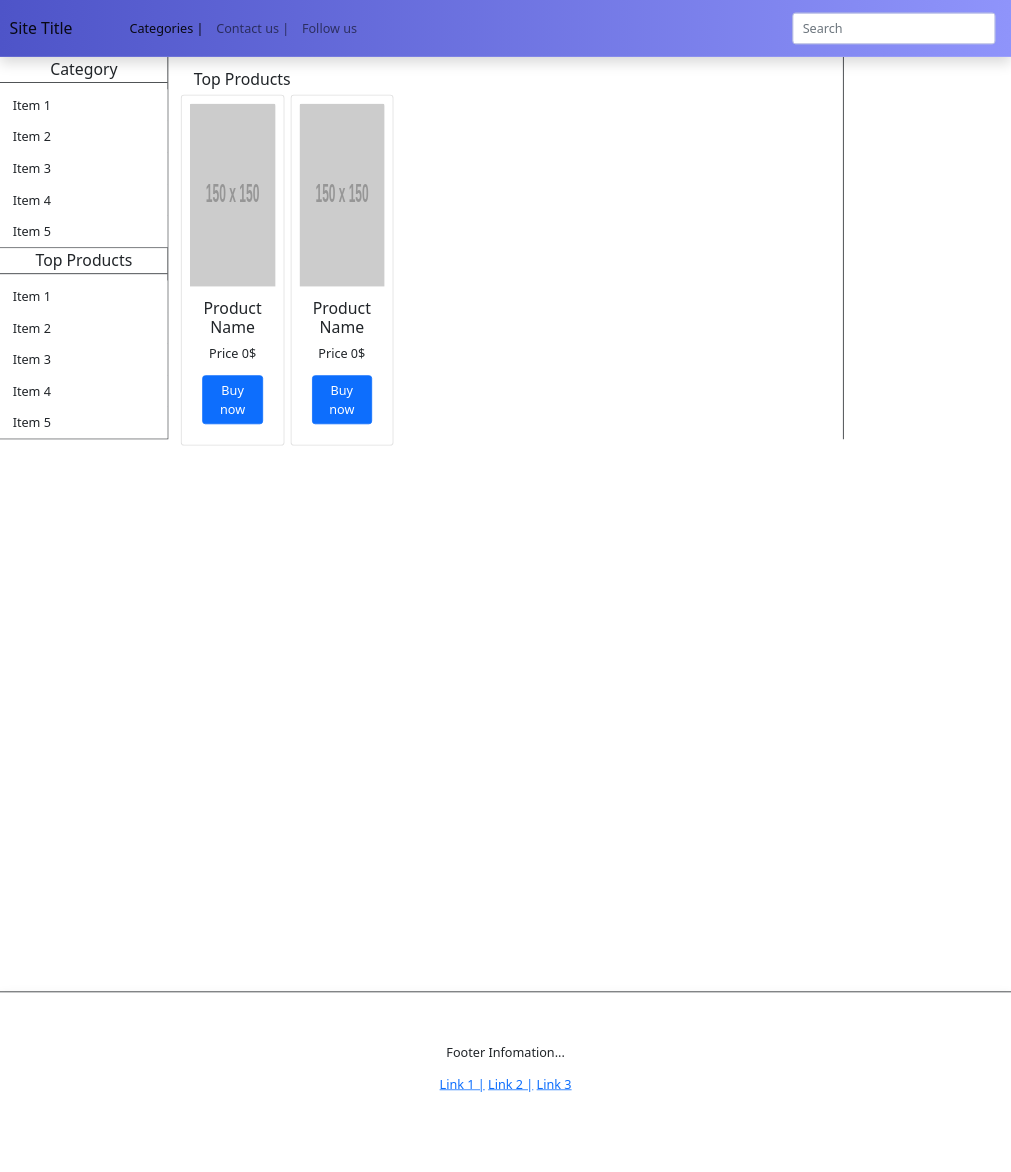
Repository: ttranhhoang/layoutBS
Page: layoutBS2/index.html
An editor plug-in stored every save of this project. The page is shown before and after the next save, followed by the edit.
The browser window is 1280 px wide. The pictures show the whole page, at 79% of full size.

Above is the page before, as saved 2022-04-24 23:16:36.

### layoutBS2/index.html
<!DOCTYPE html>
<html lang="en">
  <head>
    <meta charset="UTF-8" />
    <meta http-equiv="X-UA-Compatible" content="IE=edge" />
    <meta name="viewport" content="width=device-width, initial-scale=1.0" />
    <title>Layout BS</title>
    <link
      href="https://cdn.jsdelivr.net/npm/bootstrap@5.1.3/dist/css/bootstrap.min.css"
      rel="stylesheet"
      integrity="sha384-1BmE4kWBq78iYhFldvKuhfTAU6auU8tT94WrHftjDbrCEXSU1oBoqyl2QvZ6jIW3"
      crossorigin="anonymous"
    />
    <link rel="stylesheet" href="index.css" />
  </head>
  <body>
    <header class="header">
      <nav class="navbar navbar-expand-lg fixed-top shadow navbar-light">
        <div class="container-fluid">
          <a class="navbar-brand" href="#">Site Title</a>
          <button
            class="navbar-toggler"
            type="button"
            data-bs-toggle="offcanvas"
            data-bs-target="#navbarOffcanvasLg"
            aria-controls="navbarOffcanvasLg"
            aria-expanded="false"
            aria-label="Toggle navigation"
          >
            <span class="navbar-toggler-icon"></span>
          </button>

          <div
            class="offcanvas offcanvas-end"
            tabindex="-1"
            id="navbarOffcanvasLg"
            aria-labelledby="navbarOffcanvasLgLabel"
          >
            <div class="offcanvas-header">
              <h5 class="offcanvas-title" id="offcanvasNavbarLabel">
                Responsive
              </h5>
              <button
                type="button"
                class="btn-close text-reset"
                data-bs-dismiss="offcanvas"
                aria-label="Close"
              ></button>
            </div>
            <div class="offcanvas-body">
              <ul
                class="navbar-nav justify-content-start flex-grow-1 pe-3 ms-5"
              >
                <li class="nav-item">
                  <a class="nav-link active" aria-current="page" href="#"
                    >Categories |</a
                  >
                </li>
                <li class="nav-item">
                  <a class="nav-link" href="#">Contact us |</a>
                </li>
                <li class="nav-item">
                  <a class="nav-link" href="#">Follow us</a>
                </li>
              </ul>
              <form class="d-flex">
                <input
                  class="form-control me-2"
                  type="search"
                  placeholder="Search"
                  aria-label="Search"
                />
              </form>
            </div>
          </div>
        </div>
      </nav>
    </header>

    <div class="main">
      <div class="row g-0">
        <div class="col-md-2 col-3 text-center border-1 border-end border-dark">
          <h5 class="text-center text p-1 border-bottom border-1 border-dark">
            Category
          </h5>
          <ul
            class="list-group list-group-flush text-start border-bottom border-dark"
          >
            <li class="list-group-item border-0">Item 1</li>
            <li class="list-group-item border-0">Item 2</li>
            <li class="list-group-item border-0">Item 3</li>
            <li class="list-group-item border-0">Item 4</li>
            <li class="list-group-item border-0">Item 5</li>
          </ul>

          <h5 class="text-center text p-1 border-bottom border-1 border-dark">
            Top Products
          </h5>
          <ul
            class="list-group list-group-flush text-start border-bottom border-dark"
          >
            <li class="list-group-item border-0">Item 1</li>
            <li class="list-group-item border-0">Item 2</li>
            <li class="list-group-item border-0">Item 3</li>
            <li class="list-group-item border-0">Item 4</li>
            <li class="list-group-item border-0">Item 5</li>
          </ul>
        </div>
        <div class="col-md-8 col-9 p-3 text-center position-relative">
          <h5 class="text-start text-dark ps-3">Top Products</h5>
          <div class="row row-cols-1 row-cols-md-6 g-2 h-100">
            <div class="col">
              <div class="card h-100">
                <img
                  src="https://via.placeholder.com/150"
                  class="card-img-top h-75"
                  alt="..."
                />
                <div class="card-body">
                  <h5 class="card-title">Product Name</h5>
                  <p class="card-text">Price 0$</p>
                  <a href="#" class="btn btn-primary">Buy now</a>
                </div>
              </div>
            </div>

            <div class="col">
              <div class="card h-100">
                <img
                  src="https://via.placeholder.com/150"
                  class="card-img-top h-75"
                  alt="..."
                />
                <div class="card-body">
                  <h5 class="card-title">Product Name</h5>
                  <p class="card-text">Price 0$</p>
                  <a href="#" class="btn btn-primary">Buy now</a>
                </div>
              </div>
            </div>
          </div>
        </div>

        <div
          class="col-md-2 text-center border-1 border-start border-dark"
        ></div>
      </div>
    </div>

    <footer
      class="footer bg-white shadow align-self-end py-3 px-xl-5 w-100 border-1 border-top border-dark"
    >
      <div class="container-fluid py-5">
        <div class="row h-0 d-flex flex-column">
          <p class="text-center text-capitalize">footer infomation...</p>
          <div class="text-mutted text-center">
            <a class="text-capitalize">Link 1 |</a>
            <a class="text-capitalize">Link 2 |</a>
            <a class="text-capitalize">Link 3</a>
          </div>
        </div>
      </div>
    </footer>

    <script
      src="https://cdn.jsdelivr.net/npm/bootstrap@5.1.3/dist/js/bootstrap.bundle.min.js"
      integrity="sha384-ka7Sk0Gln4gmtz2MlQnikT1wXgYsOg+OMhuP+IlRH9sENBO0LRn5q+8nbTov4+1p"
      crossorigin="anonymous"
    ></script>
  </body>
</html>

### layoutBS2/index.css
*,
*::after,
*::before {
  box-sizing: border-box;
}
/* custom */
button.navbar-toggler:focus {
  box-shadow: none;
}
button[type="button"],
button[type="submit"],
button[class^="btn"]:focus {
  box-shadow: none;
}
button[class*="btn-outline"]:active:focus {
  box-shadow: none;
}

/* styles ui */
body {
  padding-top: 72px;
}
.main {
  height: 100vh;
}
nav.navbar {
  background: #4e54c8; /* fallback for old browsers */
  background: -webkit-linear-gradient(
    to left,
    #8f94fb,
    #4e54c8
  ); /* Chrome 10-25, Safari 5.1-6 */
  background: linear-gradient(
    to left,
    #8f94fb,
    #4e54c8
  ); /* W3C, IE 10+/ Edge, Firefox 16+, Chrome 26+, Opera 12+, Safari 7+ */
}
.navbar {
  padding-top: 1rem;
  padding-bottom: 1rem;
}
.navbar-light .navbar-toggler {
  border: none;
}
div.row {
  height: 100px;
}
.row .col div.card {
  padding: 10px;
}
.bottom {
  bottom: -5em;
}
.right {
  right: 1em;
}
.main {
  height: 1183px;
}

After the next save:
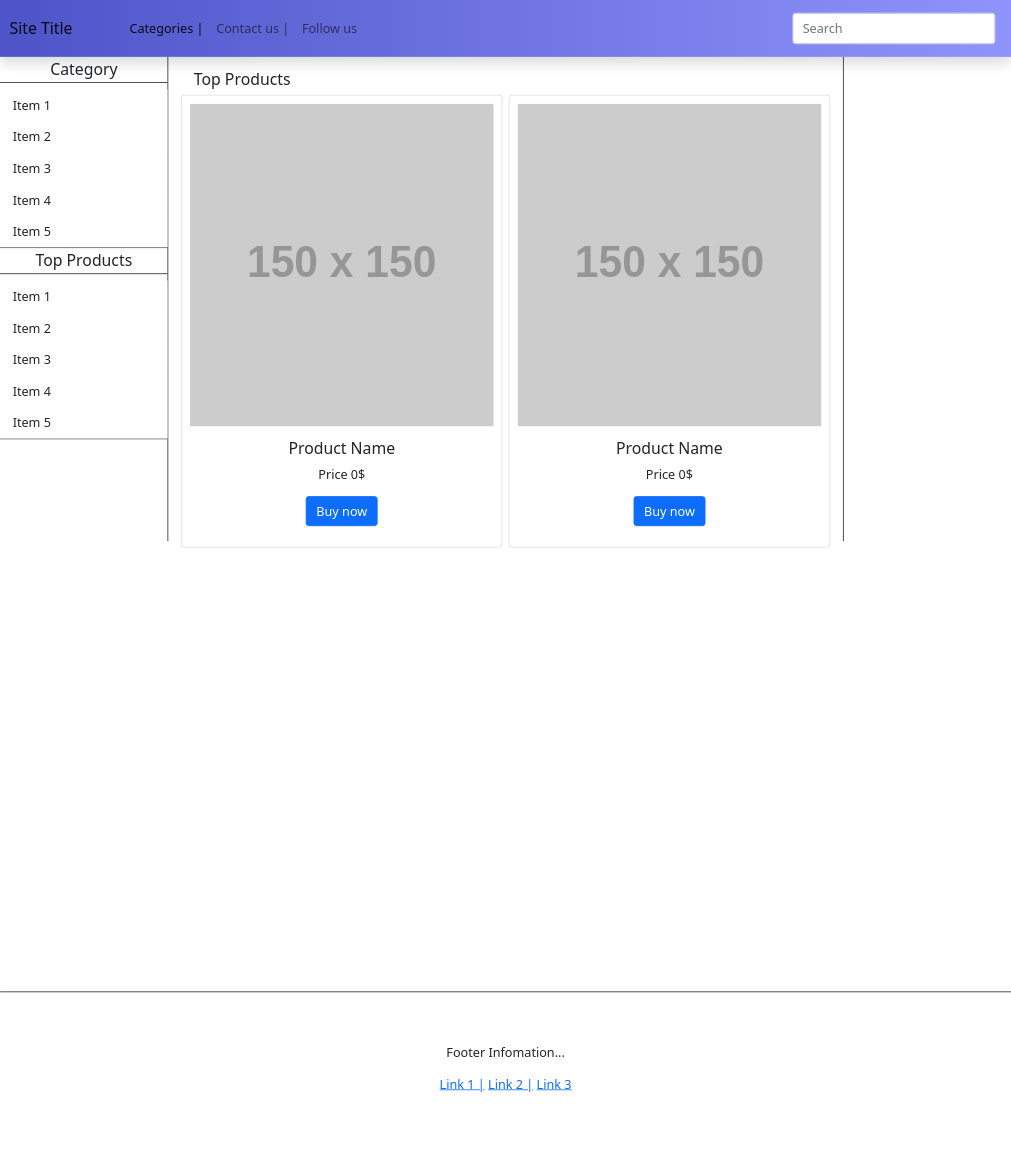
Saved 66 s later.
--- a/layoutBS2/index.html
+++ b/layoutBS2/index.html
@@ -108,7 +108,7 @@
         </div>
         <div class="col-md-8 col-9 p-3 text-center position-relative">
           <h5 class="text-start text-dark ps-3">Top Products</h5>
-          <div class="row row-cols-1 row-cols-md-6 g-2 h-100">
+          <div class="row row-cols-1 row-cols-md-2 g-2 h-100">
             <div class="col">
               <div class="card h-100">
                 <img
